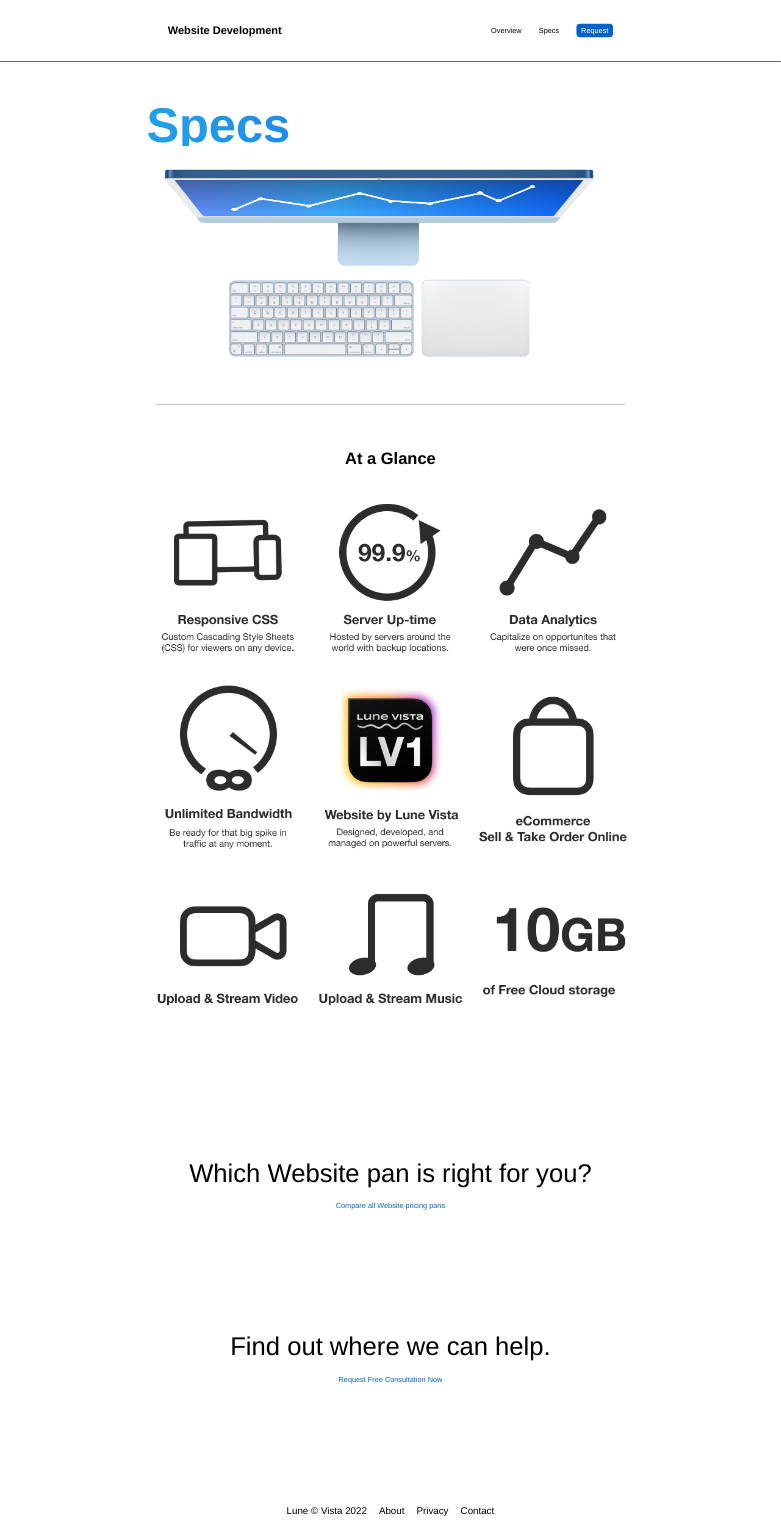
Repository: yoItsTyler/templates
Page: /specs
An editor plug-in stored every save of this project. The page is shown before and after the next save, followed by the edit.
The browser window is 1280 px wide. The pictures show the whole page, at 61% of full size.
Some web fonts or font styles are not loaded; a fallback is used. The project was rebuilt for these pictures with package versions that can differ from the ones it lists, and the page was loaded fresh each time. Also part of the build but not shown: src/components/Home/styles.module.css, src/components/Navbar/styles.module.css, src/components/Navbar/Navbar.js, src/components/NavbarMobile/styles.module.css, src/components/NavbarMobile/NavbarMobile.js, src/components/Home/Home.js, src/components/Web/styles.module.css, src/components/Web/Web.js.

Above is the page before, as saved 2022-11-17 14:41:22.

After the next save:
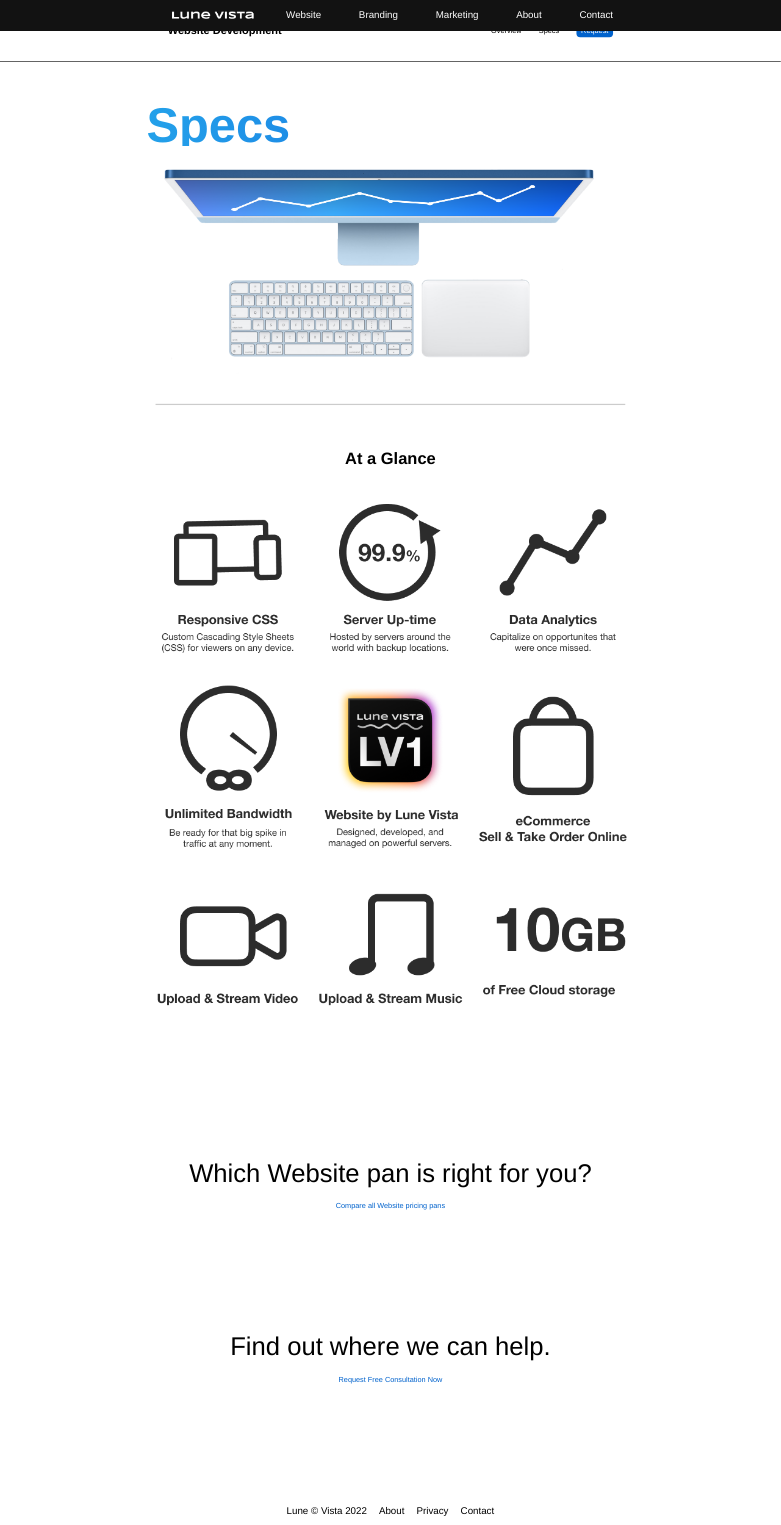
Saved 5 s later.
--- a/src/components/NavBarWebSub/styles.module.css
+++ b/src/components/NavBarWebSub/styles.module.css
@@ -5,7 +5,7 @@
 
     display: flex;
     justify-content: center;
-    z-index: 2;
+
     background-color: white;
     border-bottom: black 1px solid;
 }

After the save that followed:
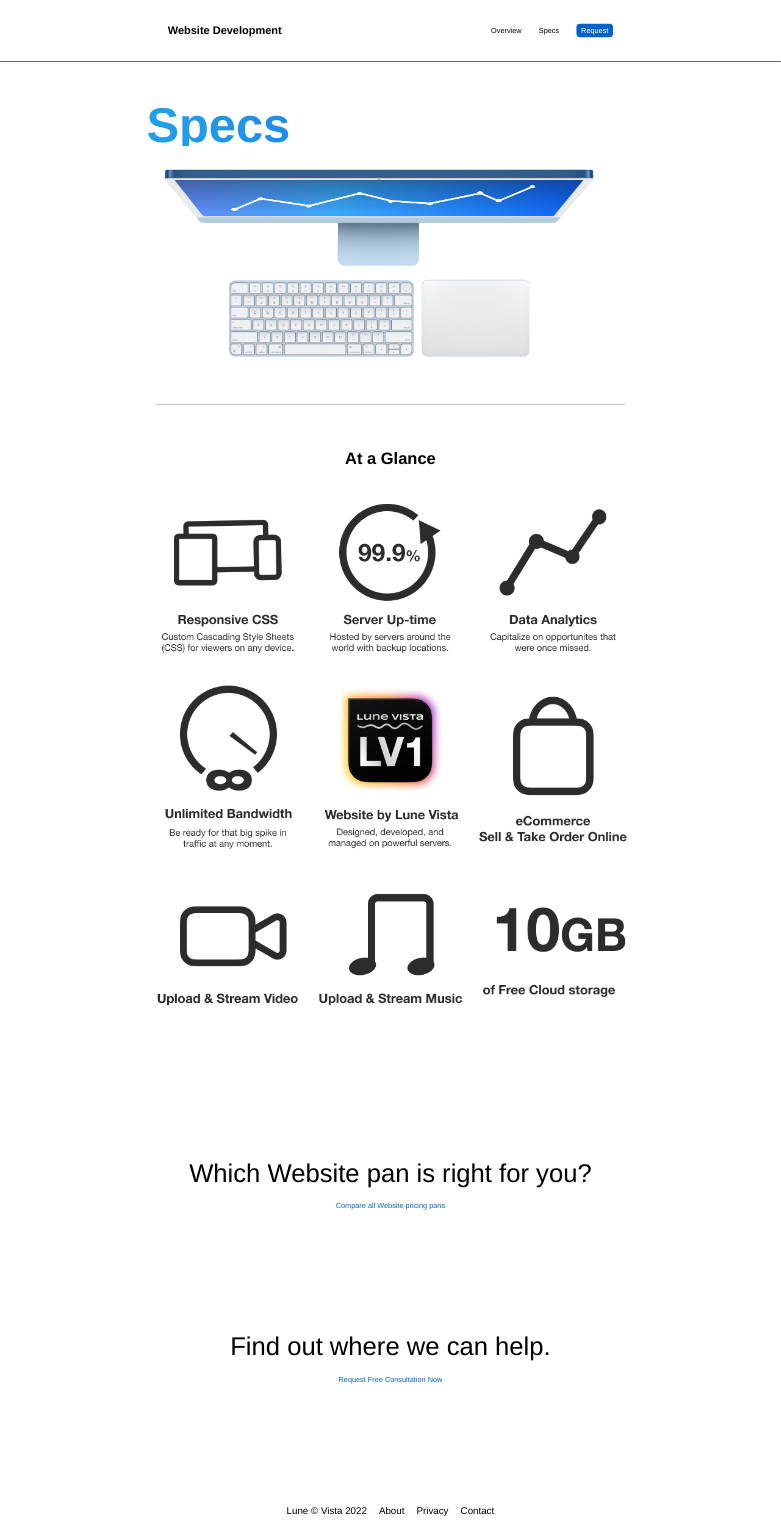
Saved 44 s later.
--- a/src/components/NavBarWebSub/styles.module.css
+++ b/src/components/NavBarWebSub/styles.module.css
@@ -5,7 +5,7 @@
 
     display: flex;
     justify-content: center;
-
+    z-index: 1;
     background-color: white;
     border-bottom: black 1px solid;
 }
